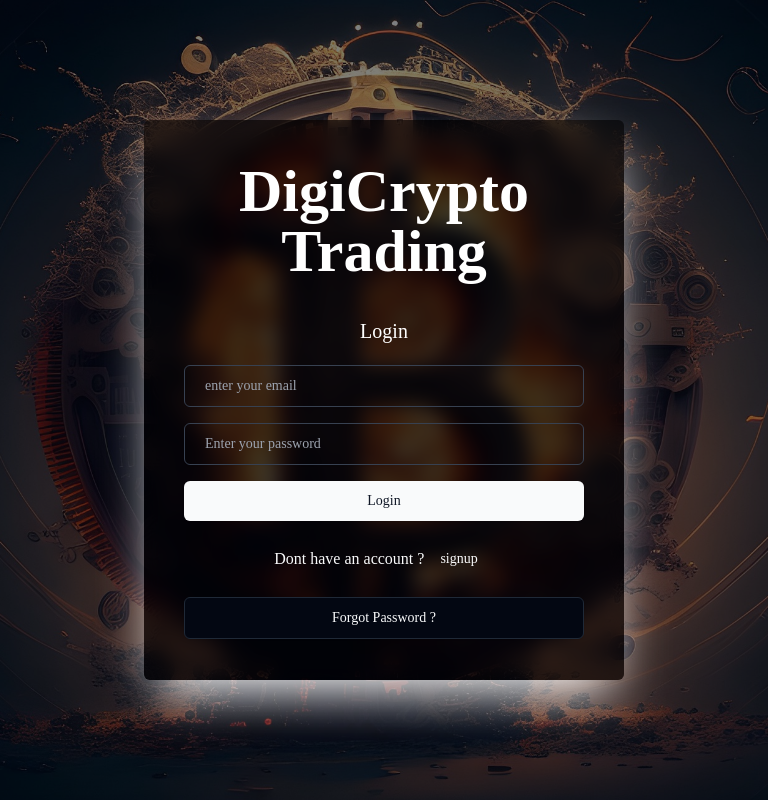
Repository: varijaT/TradingFrontEnd
Page: /
An editor plug-in stored every save of this project. The page is shown before and after the next save, followed by the edit.
The browser window is 768 px wide. The pictures show the whole page.
The project was rebuilt for these pictures with package versions that can differ from the ones it lists, and the page was loaded fresh each time. Also part of the build but not shown: vite.config.js, src/components/ui/sheet.jsx, src/components/ui/avatar.jsx, src/pages/Navbar/Navbar.jsx, src/components/ui/scroll-area.jsx, src/components/ui/table.jsx, src/pages/Home/AssetTable.jsx, src/pages/StockDetails/ConvertToChartData.js and 52 more.

Above is the page before, as saved 2025-04-10 16:46:24.

After the next save:
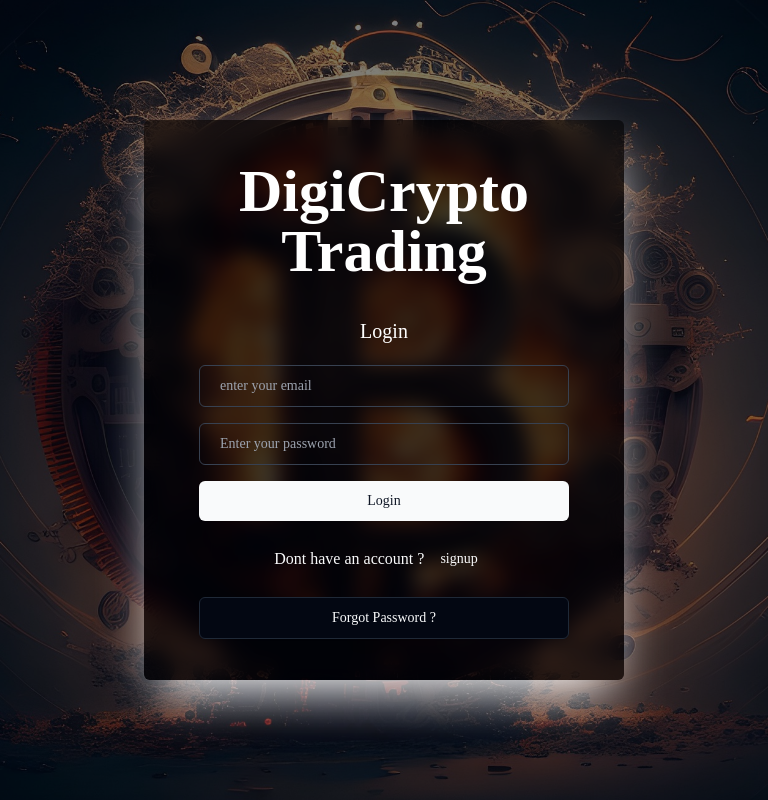
Saved 18 h 13 min later.
--- a/src/pages/Auth/Auth.css
+++ b/src/pages/Auth/Auth.css
@@ -5,24 +5,48 @@
     font-family: "Poppins","san-serif";
 }
 /* https://cdn.pixabay.com/photo/2022/12/26/11/37/bitcoin-7678812_1280.jpg */
-.authContainer{
+.authContainer {
   background-image: url("/public/crypto-7678815_1920.jpg");
   height: 100vh;
   width: 100%;
   background-size: cover;
   background-repeat: no-repeat;
   background-position: center;
+  display: flex; /* Use flexbox for alignment */
+  flex-direction: column;
+  justify-content: center;
+  align-items: center;
+}
 
+.bgBlure {
+  display: flex;
+  flex-direction: column;
+  justify-content: flex-start; /* Align content to the top */
+  align-items: center;
+  backdrop-filter: blur(10px);
+  padding: 20px; /* Add padding for spacing */
+  max-height: 90%; /* Prevent overflow */
+  overflow-y: auto; /* Enable scrolling if content overflows */
 }
-.bgBlure{
-  display: flex; /* Use flexbox for alignment */
-  flex-direction: column; /* Stack children vertically */
-  justify-content: center; /* Center vertically */
-  align-items: center; /* Center horizontally */
-  backdrop-filter: blur(10px);
+
+h1 {
+  text-align: center;
+  margin-bottom: 20px; /* Add spacing below the heading */
+  color: white;
+  font-size: 2rem; /* Adjust font size for better visibility */
 }
-h1 {
-  text-align: center; /* Center the text horizontally */
-  margin: 0; /* Remove default margin */
-  color: white; /* Ensure the text is visible */
+/* Add responsive styles for the form */
+@media (max-width: 768px) {
+  .bgBlure {
+    width: 90%; /* Adjust width for smaller screens */
+    padding: 15px; /* Reduce padding */
+  }
+
+  h1 {
+    font-size: 1.5rem; /* Reduce font size for smaller screens */
+  }
+
+  input[type="date"] {
+    font-size: 0.9rem; /* Adjust font size for better visibility */
+  }
 }
